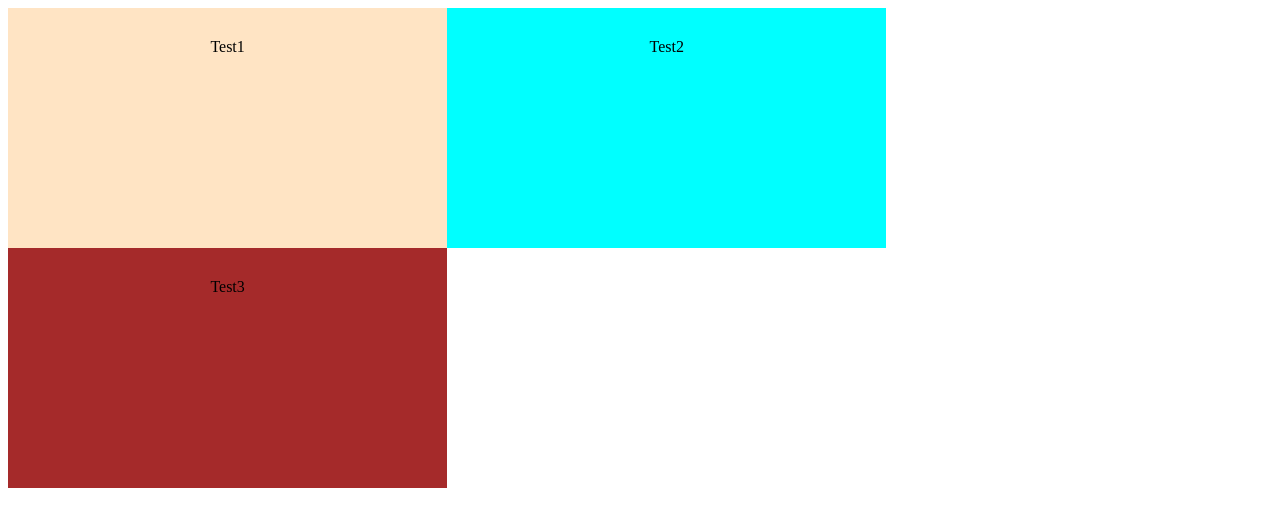
Repository: LongNguyen2504/T3H-FrondEnd
Page: Lesson4_CSS_Lecture.html
The author's editor kept a copy of each file at every save. The page is drawn from the files as they stood at one save, then again after the next save.
The browser window is 1280 px wide. The pictures show the whole page.

Above is the page before, as saved 2021-12-03 20:04:58.

After the next save:
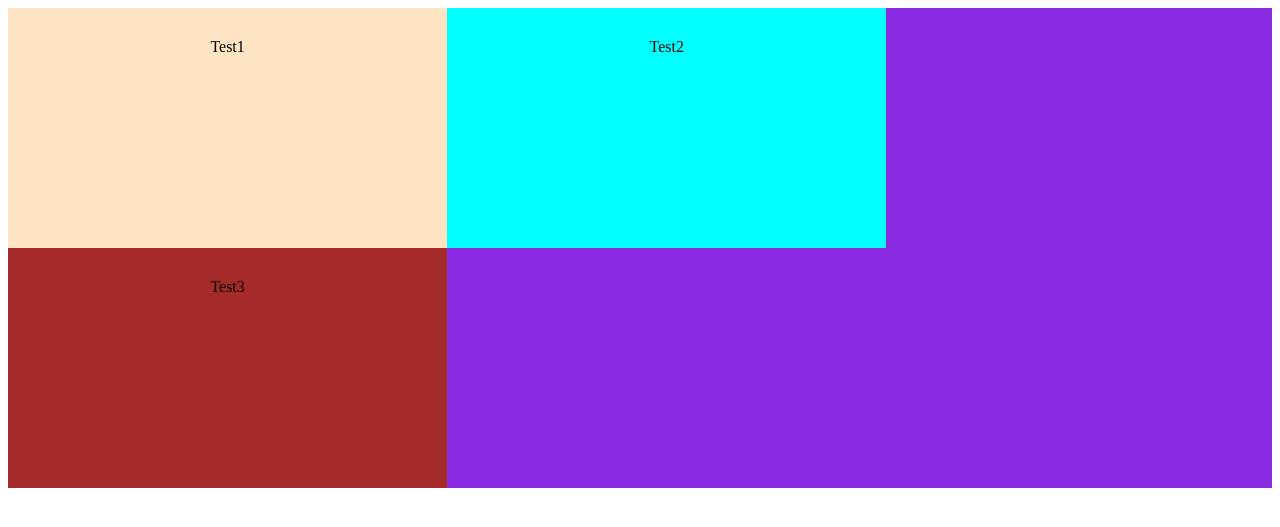
Saved 8 s later.
--- a/Lesson4_CSS_Lecture.html
+++ b/Lesson4_CSS_Lecture.html
@@ -9,7 +9,7 @@
         .ancestor-div{
             width: 100%;
             height: 100%;
-            float:left
+            float:left;
             background-color: blueviolet;
 
         }

After the save that followed:
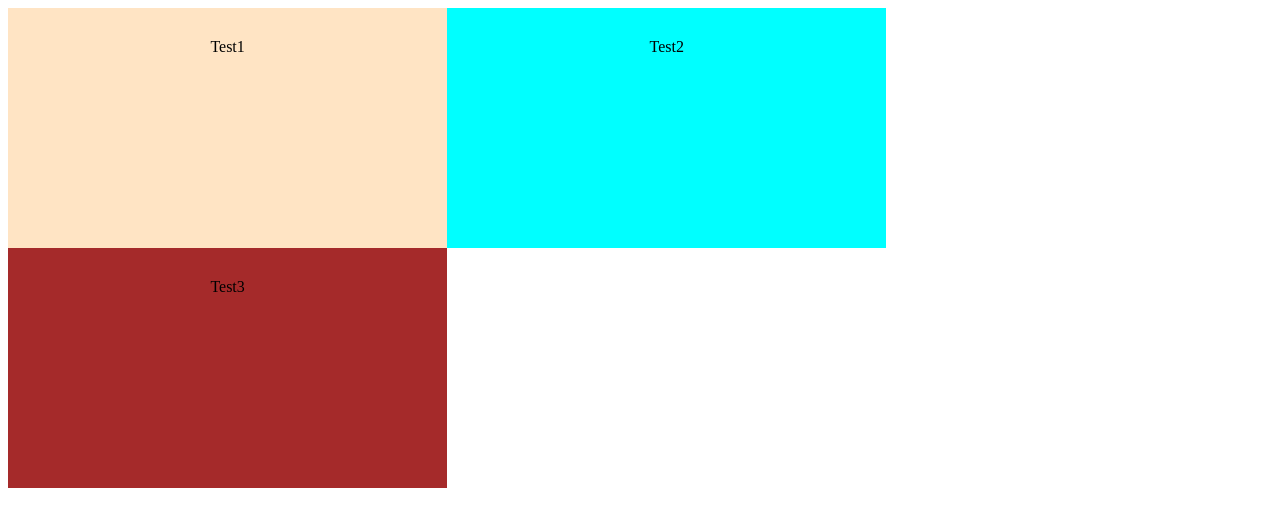
Saved 7 min 43 s later.
--- a/Lesson4_CSS_Lecture.html
+++ b/Lesson4_CSS_Lecture.html
@@ -9,7 +9,7 @@
         .ancestor-div{
             width: 100%;
             height: 100%;
-            float:left;
+            /* float:left; */
             background-color: blueviolet;
 
         }
